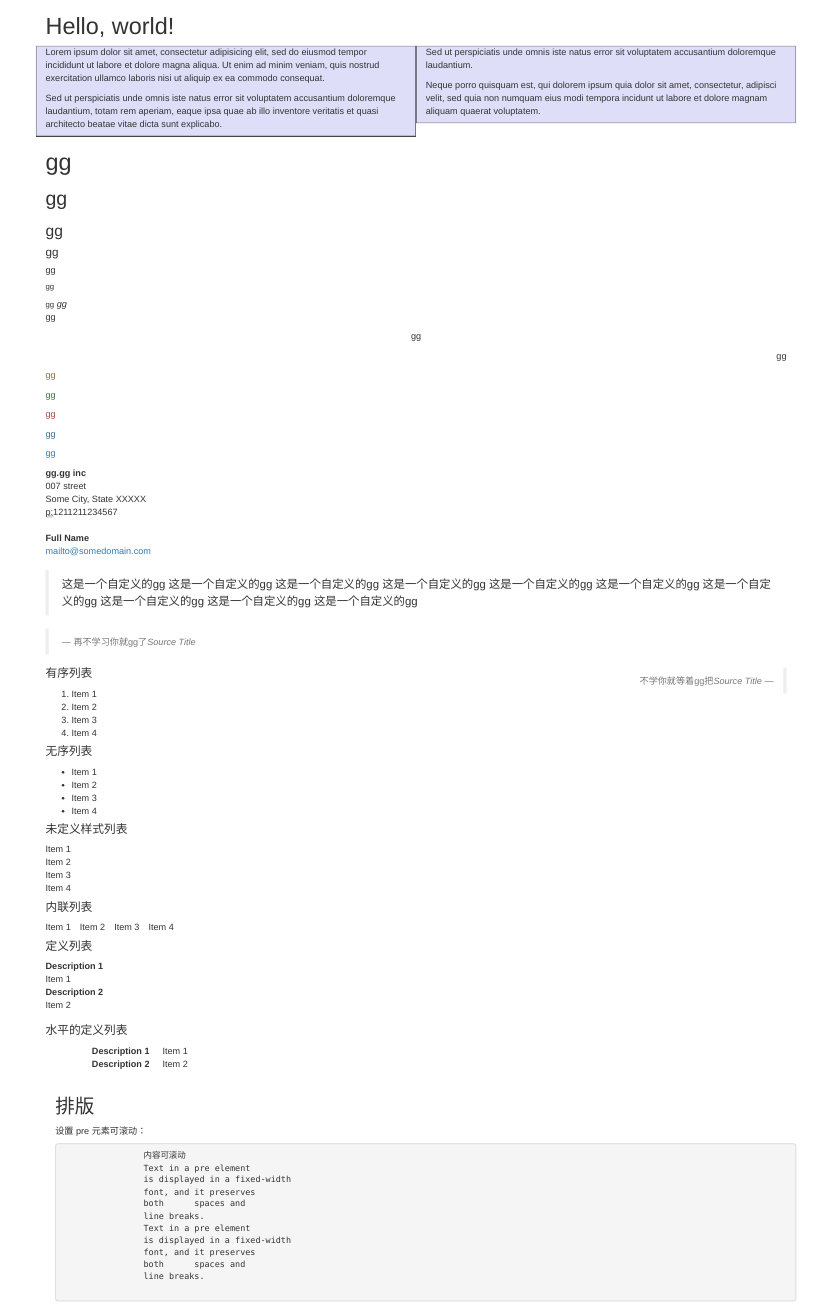
Repository: SnugHAN/eshop_real
Page: eshop_han/gg_shop/WebContent/test.html
The author's editor kept a copy of each file at every save. The page is drawn from the files as they stood at one save, then again after the next save.
The browser window is 1280 px wide. The pictures show the whole page, at 65% of full size.

Above is the page before, as saved 2017-05-26 08:24:53.
Console error (its wording comes from the project's code and is left out).

### eshop_han/gg_shop/WebContent/test.html
<!DOCTYPE html>
<html>
<head>
   <meta charset="utf-8">
   <meta name="viewport" content="width=deceive-width,
                                  initial-scale=1.0,
                                  maxmum-scale=1.0,
                                  user-scalable=no


   ">
   <title>测试一下bootstrap好用不</title>
  <link rel="stylesheet" href="bootstrap-3.3.7-dist/css/bootstrap.min.css">
  <link rel="stylesheeet" href="css/login.css">
   <script src="bootstrap-3.3.7-dist/js/bootstrap.min.js"></script>

</head>
<body>
    <div class="container">
    <h1>Hello, world!</h1>

    <div class="row">
        <div class="col-md-6"  style="background-color: #dedef8; box-shadow: inset 1px -1px 1px #444, inset -1px 1px 1px #444;">
            <p>Lorem ipsum dolor sit amet, consectetur adipisicing elit, sed do
            eiusmod tempor incididunt ut labore et dolore magna aliqua. Ut
            enim ad minim veniam, quis nostrud exercitation ullamco laboris
            nisi ut aliquip ex ea commodo consequat.
            </p>

            <p>Sed ut perspiciatis unde omnis iste natus error sit voluptatem
            accusantium doloremque laudantium, totam rem aperiam, eaque ipsa
            quae ab illo inventore veritatis et quasi architecto beatae vitae
            dicta sunt explicabo.
            </p>
        </div>

        <div class="col-md-6" style="background-color: #dedef8;box-shadow: inset 1px -1px 1px #444, inset -1px 1px 1px #444;">
            <p>Sed ut perspiciatis unde omnis iste natus error sit voluptatem
            accusantium doloremque laudantium.
            </p>

            <p> Neque porro quisquam est, qui dolorem ipsum quia dolor sit amet,
            consectetur, adipisci velit, sed quia non numquam eius modi
            tempora incidunt ut labore et dolore magnam aliquam quaerat
            voluptatem.
            </p>
        </div>
    </div>
    <div class="font">
    <h1>gg</h1>
    <h2>gg</h2>
    <h3>gg</h3>
    <h4>gg</h4>
    <h5>gg</h5>
    <h6>gg</h6>
    <small>gg</small>
    <em>gg</em>
    <p class="text-left">gg</p>
    <p class="text-center">gg</p>
    <p class="text-right">gg</p>
    <p class="text-warning">gg</p>
    <p class="text-success">gg</p>
    <p class="text-danger">gg</p>
    <p class="text-info">gg</p>
    <p class="text-primary">gg</p>
    </div>
    <address>
    <strong>gg.gg  inc</strong><br>
    007 street<br>
  Some City, State XXXXX<br>
  <abbr title="Phone">p:</abbr>1211211234567

    </address>
    <address>
    <strong>Full Name</strong><br>
  <a href="mailto:#">mailto@somedomain.com</a>
    </address>
    <blockquote><p>这是一个自定义的gg 这是一个自定义的gg 这是一个自定义的gg 这是一个自定义的gg 这是一个自定义的gg
    这是一个自定义的gg 这是一个自定义的gg 这是一个自定义的gg 这是一个自定义的gg 这是一个自定义的gg</p></blockquote>
<blockquote>
<small>再不学习你就gg了<cite title="Source Title">Source Title</cite></small>

</blockquote>
<blockquote class="pull-right">
<small>不学你就等着gg把<cite title="Source Title">Source Title</cite></small>
</blockquote>
<h4>有序列表</h4>
<ol>
  <li>Item 1</li>
  <li>Item 2</li>
  <li>Item 3</li>
  <li>Item 4</li>
</ol>
<h4>无序列表</h4>
<ul>
  <li>Item 1</li>
  <li>Item 2</li>
  <li>Item 3</li>
  <li>Item 4</li>
</ul>
<h4>未定义样式列表</h4>
<ul class="list-unstyled">
  <li>Item 1</li>
  <li>Item 2</li>
  <li>Item 3</li>
  <li>Item 4</li>
</ul>
<h4>内联列表</h4>
<ul class="list-inline">
  <li>Item 1</li>
  <li>Item 2</li>
  <li>Item 3</li>
  <li>Item 4</li>
</ul>
<h4>定义列表</h4>
<dl>
  <dt>Description 1</dt>
  <dd>Item 1</dd>
  <dt>Description 2</dt>
  <dd>Item 2</dd>
</dl>
<h4>水平的定义列表</h4>
<dl class="dl-horizontal">
  <dt>Description 1</dt>
  <dd>Item 1</dd>
  <dt>Description 2</dt>
  <dd>Item 2</dd>
</dl>
<div class="container">
	<h2>排版</h2>
	<p>设置 pre 元素可滚动：</p>
	<pre class="pre-scrollable">
		内容可滚动
		Text in a pre element
		is displayed in a fixed-width
		font, and it preserves
		both      spaces and
		line breaks.
		Text in a pre element
		is displayed in a fixed-width
		font, and it preserves
		both      spaces and
		line breaks.
	</pre>
</div>
</div>

</body>
</html>

Loaded but not shown: eshop_han/gg_shop/WebContent/bootstrap-3.3.7-dist/css/bootstrap.min.css (library); eshop_han/gg_shop/WebContent/bootstrap-3.3.7-dist/js/bootstrap.min.js (library)

After the next save:
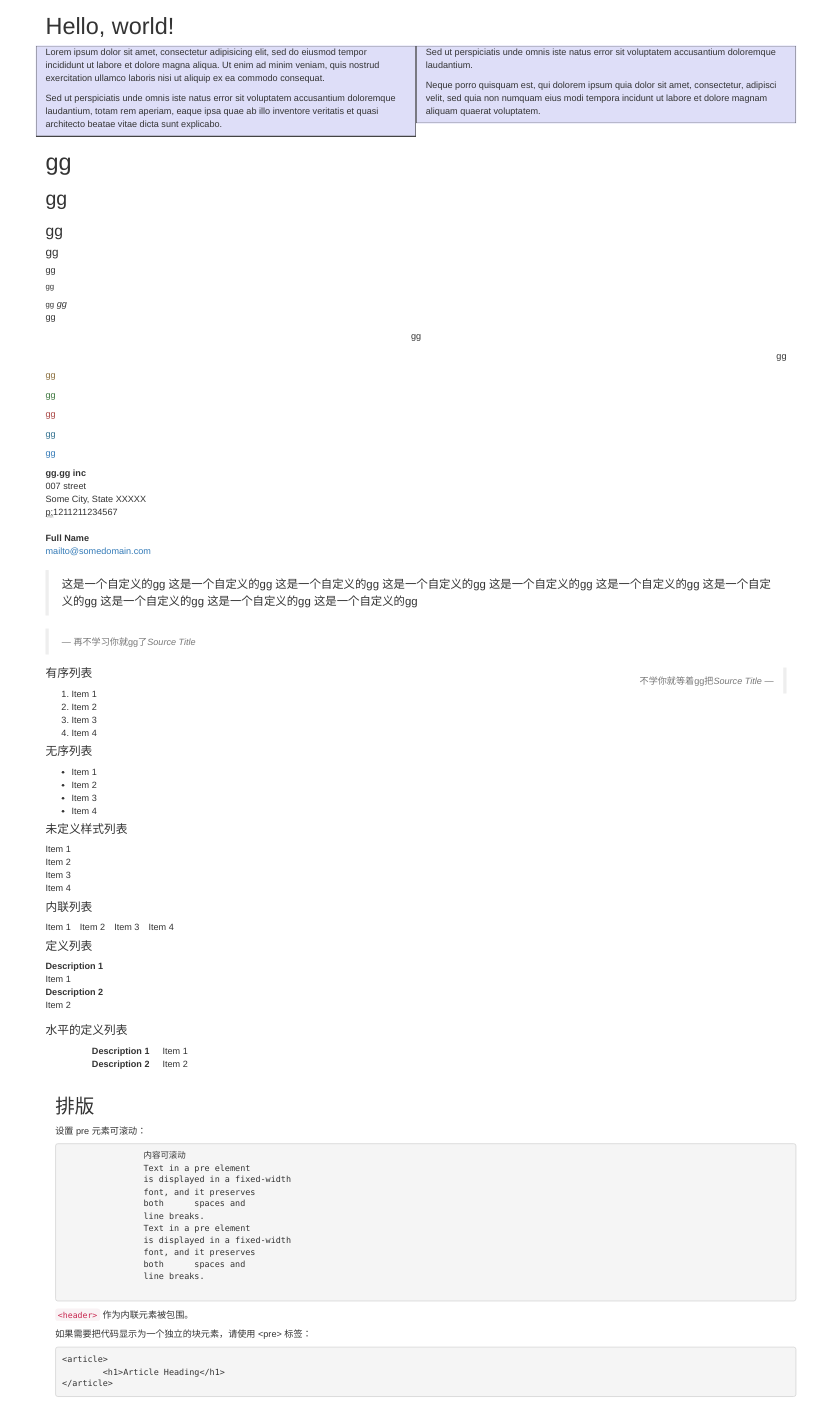
Saved 3 min 59 s later.
--- a/eshop_han/gg_shop/WebContent/test.html
+++ b/eshop_han/gg_shop/WebContent/test.html
@@ -142,6 +142,14 @@
 		both      spaces and
 		line breaks.
 	</pre>
+	<p><code>&lt;header&gt;</code> 作为内联元素被包围。</p>
+<p>如果需要把代码显示为一个独立的块元素，请使用 &lt;pre&gt; 标签：</p>
+<pre>
+&lt;article&gt;
+	&lt;h1&gt;Article Heading&lt;/h1&gt;
+&lt;/article&gt;
+</pre>
+
 </div>
 </div>
 
